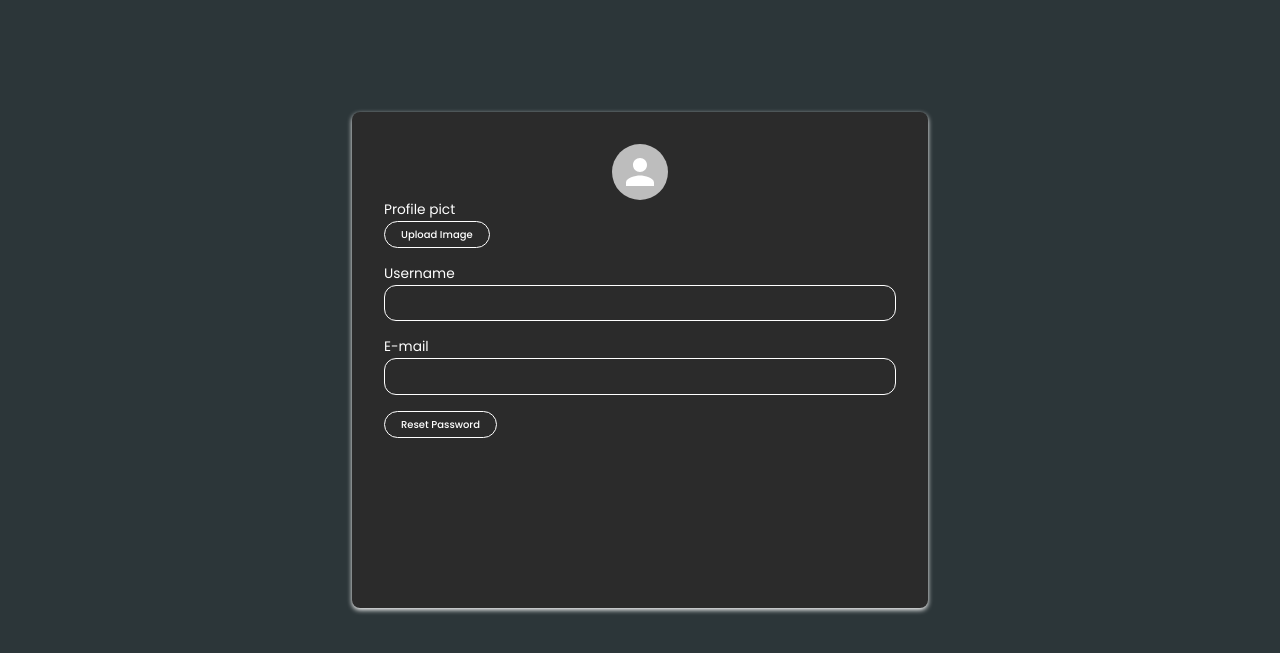
Repository: IzzaSuni/Izza-ToDo
Page: /publicNote/Private/profile
An editor plug-in stored every save of this project. The page is shown before and after a run of saves, followed by the edit.
The browser window is 1280 px wide. The pictures show the whole page.
The project was rebuilt for these pictures with package versions that can differ from the ones it lists, and the page was loaded fresh each time. Also part of the build but not shown: src/App.css, src/services.js, src/components/List.js, src/components/Filter.js, src/components/ohayo.js, src/utils/Query.js, src/components/navbar.js, src/components/MainPage.js and 4 more.

Above is the page before, as saved 2022-08-23 22:33:45.

After the next 2 saves:
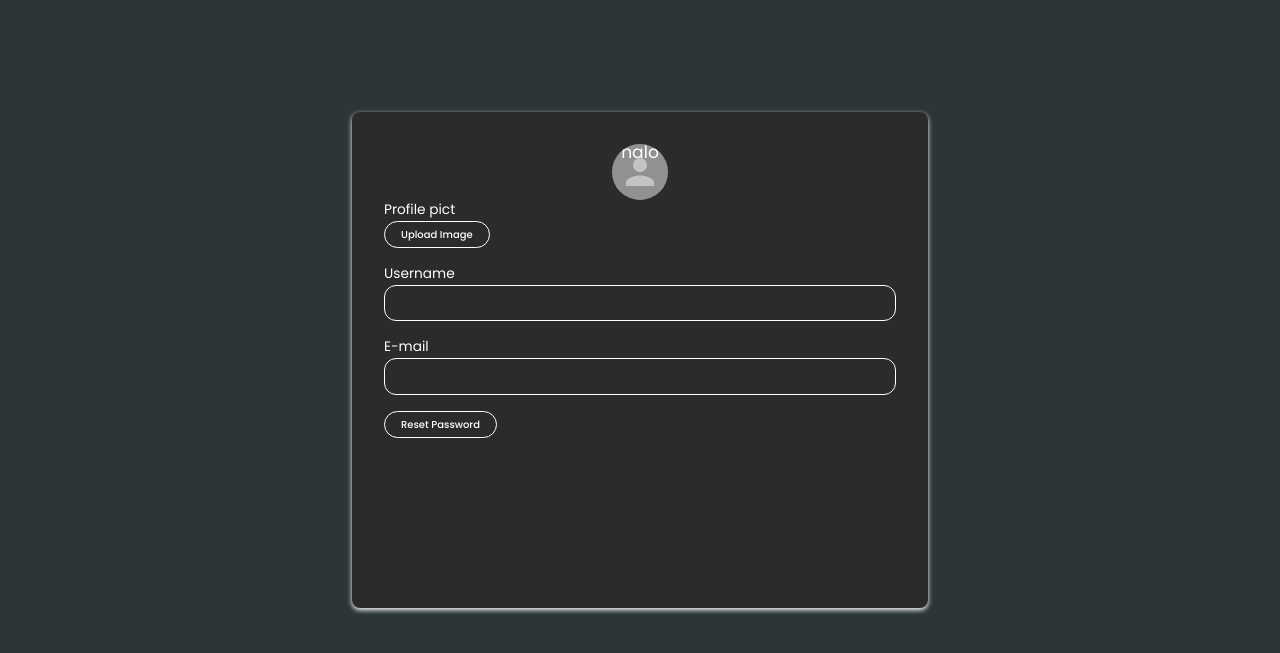
The 2 saves are shown as one change because they came seconds apart.
The last was saved 15 s later.
--- a/src/index.css
+++ b/src/index.css
@@ -110,7 +110,7 @@ input#searchBar {
 #buttonUpload ~ div {
   display: none;
 }
-#halo:hover  {
+#halo::after {
   content: "halo";
   color: "black";
   z-index: 10;
